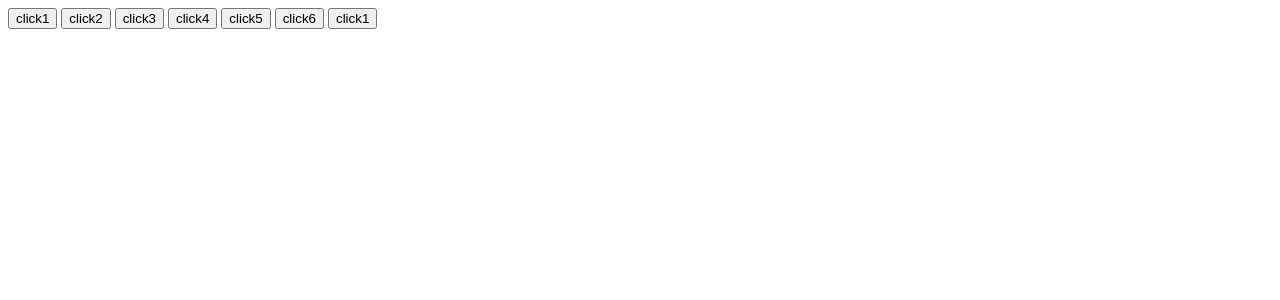
Repository: yhj4130/JsonStudy
Page: JsonApp01/WebContent/JsonTest12.html
An editor plug-in stored every save of this project. The page is shown before and after the next save, followed by the edit.
The browser window is 1280 px wide. The pictures show the whole page.

Above is the page before, as saved 2019-06-03 00:18:35.

After the next save:
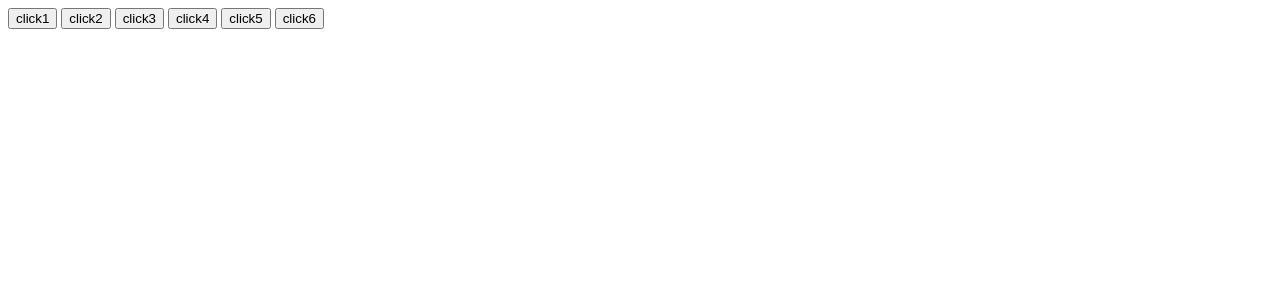
Saved 5 s later.
--- a/JsonApp01/WebContent/JsonTest12.html
+++ b/JsonApp01/WebContent/JsonTest12.html
@@ -21,7 +21,5 @@
 	<input type="button" value="click4" onclick="alert(typeof obj8.superman.name)">
 	<input type="button" value="click5" onclick="alert(obj8.superman.age)">
 	<input type="button" value="click6" onclick="alert(typeof obj8.superman.age)">
-	<input type="button" value="click1" onclick="alert(typeof obj8)">
-
 
 </form>
